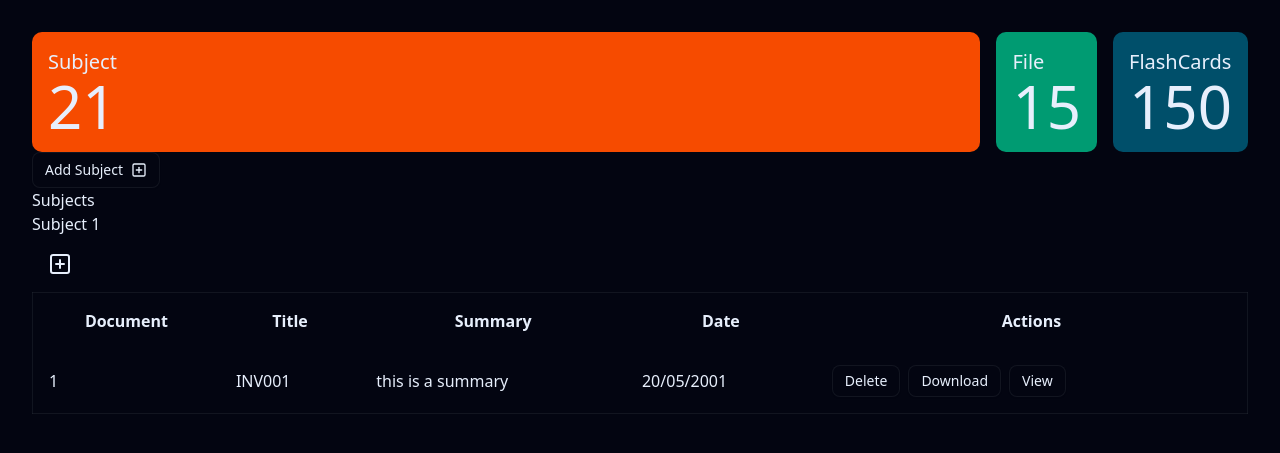
Repository: SywarDer/Student-Assistance
Page: /dashboard (app in student-assistant/)
An editor plug-in stored every save of this project. The page is shown before and after the next save, followed by the edit.
The browser window is 1280 px wide. The pictures show the whole page.
The project was rebuilt for these pictures with package versions that can differ from the ones it lists, and the page was loaded fresh each time. The framework's server and built-in components were replaced by stand-ins that run in the browser. Also part of the build but not shown: student-assistant/next.config.ts, student-assistant/components/ui/input.tsx.

Above is the page before, as saved 2025-10-30 20:41:27.

### student-assistant/app/layout.tsx
import type { Metadata } from "next";
import { Geist, Geist_Mono } from "next/font/google";
import "./globals.css";
import { SidebarProvider, SidebarTrigger } from "@/components/ui/sidebar";


const geistSans = Geist({
  variable: "--font-geist-sans",
  subsets: ["latin"],
});

const geistMono = Geist_Mono({
  variable: "--font-geist-mono",
  subsets: ["latin"],
});

export const metadata: Metadata = {
  title: "Create Next App",
  description: "Generated by create next app",
};

export default function RootLayout({
children,
}: Readonly<{
  children: React.ReactNode;
}>) {
  return (
    <html lang="en">
      <body
        className={`${geistSans.variable} ${geistMono.variable} antialiased`}
      >


        {children}

      </body>
    </html>
  );
}

### student-assistant/app/dashboard/page.tsx
import { Button } from "@/components/ui/button";
import { Input } from "@/components/ui/input";
import { TableCaption, TableHeader, TableRow, TableHead, TableBody, TableCell, TableFooter } from "@/components/ui/table";
import { Popover, PopoverTrigger, PopoverContent } from "@radix-ui/react-popover";
import { PlusSquare, Table } from "lucide-react";
import { Label } from "recharts";

export default function Dashboard() {
    const documents = [
        {
            id:"1",
            title: "INV001",
            date: "20/05/2001",
            summary: "this is a summary",
            actions: <div className="flex">
                <Button variant="outline" size="sm" className="mr-2">Delete</Button>
                <Button variant="outline" size="sm" className="mr-2">Download</Button>
                <Button variant="outline" size="sm">View</Button>
            </div>,
        }
    ]
    return (

        <div className="m-8">
            {/*Dashboard Cards*/}
            <div className="flex space-x-4 justify-between w-full">
                <div className="rounded-lg p-4 w-full" style={{
                    backgroundColor: "var(--chart-1)",
                    color: "var(--card-foreground)",
                }}>
                    <h1 className="text-xl">Subject</h1>
                    <h1 className="text-6xl">21</h1>
                </div>
                <div className="rounded-lg p-4" style={{
                    backgroundColor: "var(--chart-2)",
                    color: "var(--card-foreground)",
                }}>
                    <h1 className="text-xl">File</h1>
                    <h1 className="text-6xl">15</h1>
                </div>
                <div className="rounded-lg p-4" style={{
                    backgroundColor: "var(--chart-3)",
                    color: "var(--card-foreground)",
                }}>
                    <h1 className="text-xl">FlashCards</h1>
                    <h1 className="text-6xl">150</h1>
                </div>
            </div>

            {/* Button new subject */}
            <Popover>
                <PopoverTrigger asChild>
                    <Button variant="outline">Add Subject <PlusSquare /></Button>
                </PopoverTrigger>
                <PopoverContent className="w-80">
                    <div className="grid gap-4">
                        <div className="space-y-2">
                            <h4 className="leading-none font-medium">Subject</h4>
                            <p className="text-muted-foreground text-sm">
                                Set the details for the subject.
                            </p>
                        </div>
                        <div className="grid gap-2 ">
                            <div className="grid grid-cols-3 items-center gap-4">
                                <h1>Title</h1>
                                <Input
                                    id="width"
                                    defaultValue="100%"
                                    className="col-span-2 h-8"
                                />
                            </div>
                            <div className="grid grid-cols-3 items-center gap-4">
                                <h1>Summary</h1>
                                <Input
                                    id="maxWidth"
                                    defaultValue="300px"
                                    className="col-span-2 h-8"
                                />
                            </div>
                            <Button className="mt-4">Create Subject</Button>
                        </div>
                    </div>
                </PopoverContent>
            </Popover>

            {/** List of subjects */}

            <h1>Subjects</h1>

            <h1>Subject 1</h1>
            <table className="min-w-full border">
                <caption className="text-left font-medium p-4"><PlusSquare/></caption>
                <thead className="gap-4">
                    <tr>
                        <th className="p-4">Document</th>
                        <th className="p-4">Title</th>
                        <th className="p-4">Summary</th>
                        <th className="p-4">Date</th>
                        <th className="p-4">Actions</th>
                    </tr>
                </thead>
                <tbody>
                    {documents.map((doc) => (
                        <tr key={doc.id}>
                            <td className="p-4">{doc.id}</td>
                            <td className="p-4">{doc.title}</td>
                            <td className="p-4">{doc.summary}</td>
                            <td className="p-4">{doc.date}</td>
                            <td className="p-4">{doc.actions}</td>
                        </tr>
                    ))}
                </tbody>
            </table>

        </div>

    )
}

### student-assistant/app/globals.css
@import "tailwindcss";
@import "tw-animate-css";

@custom-variant dark (&:is(.dark *));

@theme inline {
  --color-background: var(--background);
  --color-foreground: var(--foreground);
  --font-sans: var(--font-geist-sans);
  --font-mono: var(--font-geist-mono);
  --color-sidebar-ring: var(--sidebar-ring);
  --color-sidebar-border: var(--sidebar-border);
  --color-sidebar-accent-foreground: var(--sidebar-accent-foreground);
  --color-sidebar-accent: var(--sidebar-accent);
  --color-sidebar-primary-foreground: var(--sidebar-primary-foreground);
  --color-sidebar-primary: var(--sidebar-primary);
  --color-sidebar-foreground: var(--sidebar-foreground);
  --color-sidebar: var(--sidebar);
  --color-chart-5: var(--chart-5);
  --color-chart-4: var(--chart-4);
  --color-chart-3: var(--chart-3);
  --color-chart-2: var(--chart-2);
  --color-chart-1: var(--chart-1);
  --color-ring: var(--ring);
  --color-input: var(--input);
  --color-border: var(--border);
  --color-destructive: var(--destructive);
  --color-accent-foreground: var(--accent-foreground);
  --color-accent: var(--accent);
  --color-muted-foreground: var(--muted-foreground);
  --color-muted: var(--muted);
  --color-secondary-foreground: var(--secondary-foreground);
  --color-secondary: var(--secondary);
  --color-primary-foreground: var(--primary-foreground);
  --color-primary: var(--primary);
  --color-popover-foreground: var(--popover-foreground);
  --color-popover: var(--popover);
  --color-card-foreground: var(--card-foreground);
  --color-card: var(--card);
  --radius-sm: calc(var(--radius) - 4px);
  --radius-md: calc(var(--radius) - 2px);
  --radius-lg: var(--radius);
  --radius-xl: calc(var(--radius) + 4px);
}

:root {
  --radius: 0.625rem;

  /* Base dark background & text */
  --background: oklch(0.12 0.03 270);        /* Dark gray-blue */
  --foreground: oklch(0.95 0.02 260);        /* Soft white */

  /* Cards & popovers */
  --card: oklch(0.18 0.04 270);              /* Slightly lighter than background */
  --card-foreground: var(--foreground);
  --popover: oklch(0.18 0.04 270);
  --popover-foreground: var(--foreground);

  /* Primary & secondary */
  --primary: oklch(0.6 0.12 260);            /* Deep blue */
  --primary-foreground: var(--foreground);
  --secondary: oklch(0.45 0.08 280);         /* Soft purple */
  --secondary-foreground: var(--foreground);

  /* Muted & accents */
  --muted: oklch(0.2 0.03 270);
  --muted-foreground: oklch(0.7 0.02 260);
  --accent: oklch(0.65 0.15 350);            /* Magenta/pinkish accent */
  --accent-foreground: var(--foreground);

  /* Destructive actions */
  --destructive: oklch(0.6 0.25 30);         /* Dark red */
  --border: oklch(0.3 0.02 270 / 40%);
  --input: oklch(0.15 0.03 270);             /* Slightly darker than card */
  --ring: oklch(0.5 0.03 270);

  /* Charts */
  --chart-1: oklch(0.65 0.22 40);
  --chart-2: oklch(0.6 0.15 170);
  --chart-3: oklch(0.4 0.08 230);
  --chart-4: oklch(0.6 0.18 300);
  --chart-5: oklch(0.55 0.2 50);

  /* Sidebar */
  --sidebar: oklch(0.18 0.04 270);
  --sidebar-foreground: var(--foreground);
  --sidebar-primary: var(--primary);
  --sidebar-primary-foreground: var(--foreground);
  --sidebar-accent: var(--accent);
  --sidebar-accent-foreground: var(--foreground);
  --sidebar-border: oklch(0.3 0.02 270 / 40%);
  --sidebar-ring: oklch(0.5 0.03 270);
}

/* Optional light mode toggle */
.light {
  --background: oklch(0.98 0.02 260);       /* Light gray */
  --foreground: oklch(0.12 0.03 270);       /* Dark text */

  --card: oklch(0.99 0.03 260);
  --card-foreground: var(--foreground);
  --popover: oklch(0.99 0.03 260);
  --popover-foreground: var(--foreground);

  --primary: oklch(0.2 0.05 260);
  --primary-foreground: var(--foreground);
  --secondary: oklch(0.5 0.1 280);
  --secondary-foreground: var(--foreground);

  --muted: oklch(0.85 0.03 270);
  --muted-foreground: oklch(0.35 0.02 260);
  --accent: oklch(0.8 0.2 350);
  --accent-foreground: var(--foreground);

  --destructive: oklch(0.9 0.25 30);
  --border: oklch(0.8 0.02 270 / 30%);
  --input: oklch(0.95 0.03 260);
  --ring: oklch(0.7 0.03 270);

  --chart-1: oklch(0.65 0.22 40);
  --chart-2: oklch(0.6 0.15 170);
  --chart-3: oklch(0.4 0.08 230);
  --chart-4: oklch(0.6 0.18 300);
  --chart-5: oklch(0.55 0.2 50);

  --sidebar: oklch(0.95 0.03 260);
  --sidebar-foreground: var(--foreground);
  --sidebar-primary: var(--primary);
  --sidebar-primary-foreground: var(--foreground);
  --sidebar-accent: var(--accent);
  --sidebar-accent-foreground: var(--foreground);
  --sidebar-border: oklch(0.8 0.02 270 / 30%);
  --sidebar-ring: oklch(0.7 0.03 270);
}



@layer base {
  * {
    @apply border-border outline-ring/50;
  }
  body {
    @apply bg-background text-foreground;
  }
}

### student-assistant/components/ui/button.tsx
import * as React from "react"
import { Slot } from "@radix-ui/react-slot"
import { cva, type VariantProps } from "class-variance-authority"

import { cn } from "@/lib/utils"

const buttonVariants = cva(
  "inline-flex items-center justify-center gap-2 whitespace-nowrap rounded-md text-sm font-medium transition-all disabled:pointer-events-none disabled:opacity-50 [&_svg]:pointer-events-none [&_svg:not([class*='size-'])]:size-4 shrink-0 [&_svg]:shrink-0 outline-none focus-visible:border-ring focus-visible:ring-ring/50 focus-visible:ring-[3px] aria-invalid:ring-destructive/20 dark:aria-invalid:ring-destructive/40 aria-invalid:border-destructive",
  {
    variants: {
      variant: {
        default: "bg-primary text-primary-foreground hover:bg-primary/90",
        destructive:
          "bg-destructive text-white hover:bg-destructive/90 focus-visible:ring-destructive/20 dark:focus-visible:ring-destructive/40 dark:bg-destructive/60",
        outline:
          "border bg-background shadow-xs hover:bg-accent hover:text-accent-foreground dark:bg-input/30 dark:border-input dark:hover:bg-input/50",
        secondary:
          "bg-secondary text-secondary-foreground hover:bg-secondary/80",
        ghost:
          "hover:bg-accent hover:text-accent-foreground dark:hover:bg-accent/50",
        link: "text-primary underline-offset-4 hover:underline",
      },
      size: {
        default: "h-9 px-4 py-2 has-[>svg]:px-3",
        sm: "h-8 rounded-md gap-1.5 px-3 has-[>svg]:px-2.5",
        lg: "h-10 rounded-md px-6 has-[>svg]:px-4",
        icon: "size-9",
        "icon-sm": "size-8",
        "icon-lg": "size-10",
      },
    },
    defaultVariants: {
      variant: "default",
      size: "default",
    },
  }
)

function Button({
  className,
  variant,
  size,
  asChild = false,
  ...props
}: React.ComponentProps<"button"> &
  VariantProps<typeof buttonVariants> & {
    asChild?: boolean
  }) {
  const Comp = asChild ? Slot : "button"

  return (
    <Comp
      data-slot="button"
      className={cn(buttonVariants({ variant, size, className }))}
      {...props}
    />
  )
}

export { Button, buttonVariants }

Loaded but not shown: student-assistant/lib/utils.ts (common file)

After the next save:
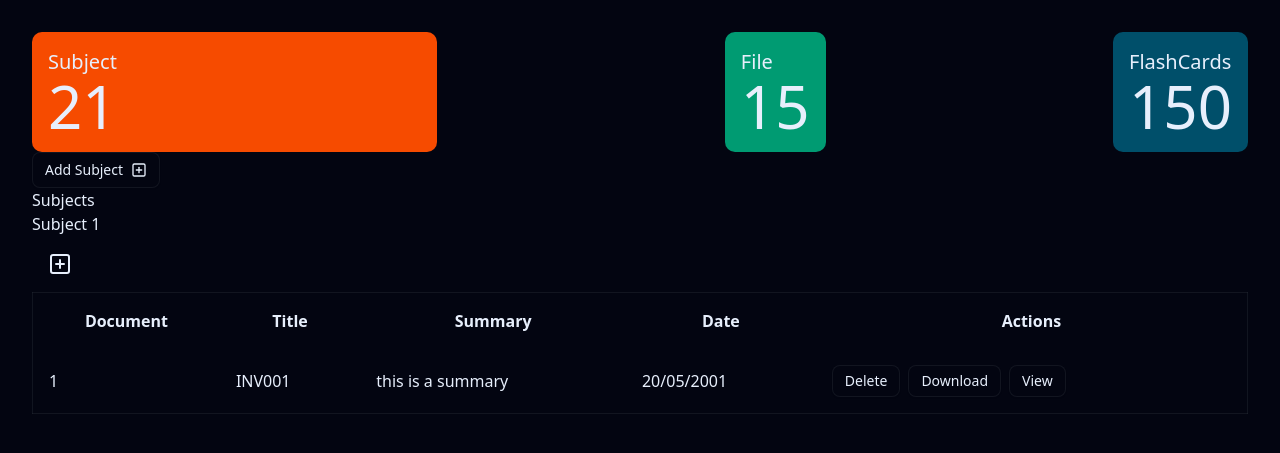
Saved 11 s later.
--- a/student-assistant/app/dashboard/page.tsx
+++ b/student-assistant/app/dashboard/page.tsx
@@ -24,7 +24,7 @@ export default function Dashboard() {
         <div className="m-8">
             {/*Dashboard Cards*/}
             <div className="flex space-x-4 justify-between w-full">
-                <div className="rounded-lg p-4 w-full" style={{
+                <div className="rounded-lg p-4 w-1/3" style={{
                     backgroundColor: "var(--chart-1)",
                     color: "var(--card-foreground)",
                 }}>
